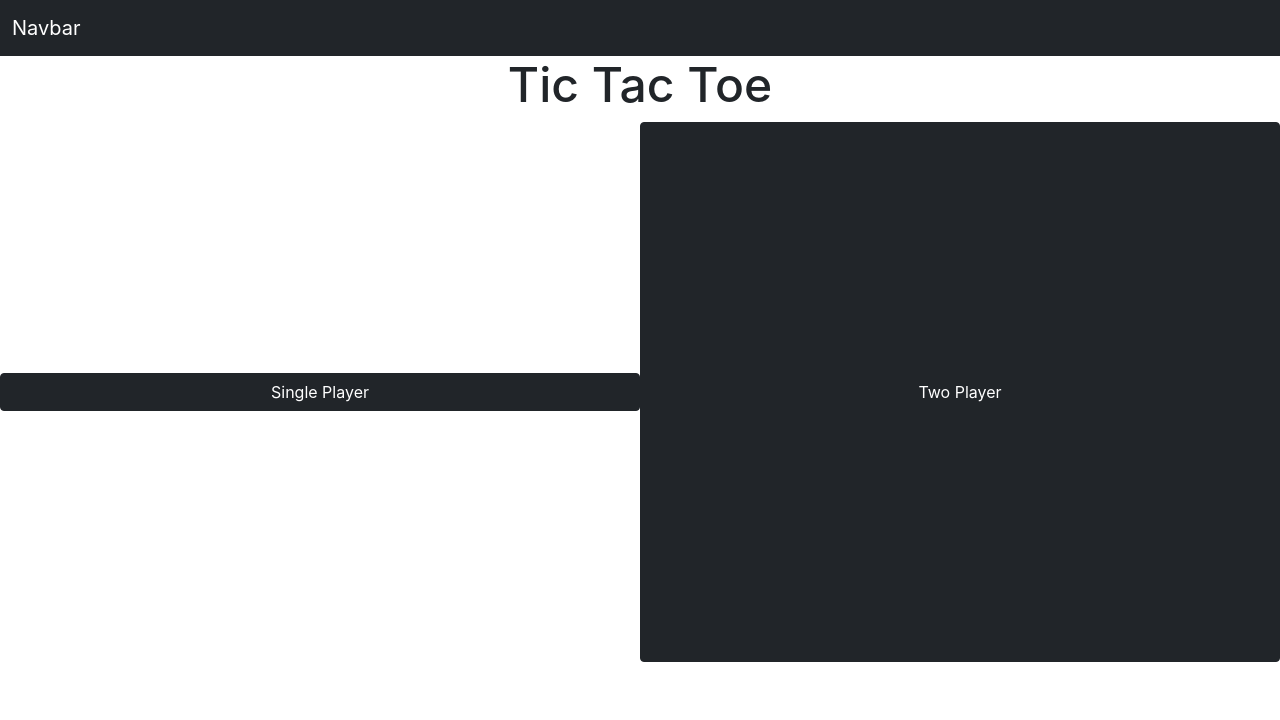
Repository: napan24/tic-tac-toe
Page: /
An editor plug-in stored every save of this project. The page is shown before and after the next save, followed by the edit.
The browser window is 1280 px wide. The pictures show the whole page.
The project was rebuilt for these pictures with package versions that can differ from the ones it lists, and the page was loaded fresh each time. Also part of the build but not shown: src/App.css, src/tik.css, src/App.js, src/Vscomp.js.

Above is the page before, as saved 2022-06-16 18:01:39.

### public/index.html
<!DOCTYPE html>
<html lang="en">
  <head>
    <meta charset="utf-8" />
    <link rel="icon" href="%PUBLIC_URL%/favicon.ico" />
    <meta name="viewport" content="width=device-width, initial-scale=1" />
    <meta name="theme-color" content="#000000" />
    <meta
      name="description"
      content="Web site created using create-react-app"
    />
    <link rel="apple-touch-icon" href="%PUBLIC_URL%/logo192.png" />
    <!--
      manifest.json provides metadata used when your web app is installed on a
      user's mobile device or desktop. See https://developers.google.com/web/fundamentals/web-app-manifest/
    -->
    <link rel="manifest" href="%PUBLIC_URL%/manifest.json" />
    <!--
      Notice the use of %PUBLIC_URL% in the tags above.
      It will be replaced with the URL of the `public` folder during the build.
      Only files inside the `public` folder can be referenced from the HTML.

      Unlike "/favicon.ico" or "favicon.ico", "%PUBLIC_URL%/favicon.ico" will
      work correctly both with client-side routing and a non-root public URL.
      Learn how to configure a non-root public URL by running `npm run build`.
    -->
    <link href="https://cdn.jsdelivr.net/npm/bootstrap@5.1.3/dist/css/bootstrap.min.css" rel="stylesheet" integrity="sha384-1BmE4kWBq78iYhFldvKuhfTAU6auU8tT94WrHftjDbrCEXSU1oBoqyl2QvZ6jIW3" crossorigin="anonymous">
    <script src="https://cdn.jsdelivr.net/npm/bootstrap@5.1.3/dist/js/bootstrap.bundle.min.js" integrity="sha384-ka7Sk0Gln4gmtz2MlQnikT1wXgYsOg+OMhuP+IlRH9sENBO0LRn5q+8nbTov4+1p" crossorigin="anonymous"></script>
    <title>React App</title>
  </head>
  <body>
    <noscript>You need to enable JavaScript to run this app.</noscript>
    <div id="root"></div>
    <!--
      This HTML file is a template.
      If you open it directly in the browser, you will see an empty page.

      You can add webfonts, meta tags, or analytics to this file.
      The build step will place the bundled scripts into the <body> tag.

      To begin the development, run `npm start` or `yarn start`.
      To create a production bundle, use `npm run build` or `yarn build`.
    -->
  </body>
</html>

### src/index.js
import React from 'react';
import ReactDOM from 'react-dom/client';
import './index.css';
import App from './App';
import Home from './Home';
import Vscomp from './Vscomp';
import reportWebVitals from './reportWebVitals';

const root = ReactDOM.createRoot(document.getElementById('root'));
root.render(
  <React.StrictMode>
    <Home />
  </React.StrictMode>
);

// If you want to start measuring performance in your app, pass a function
// to log results (for example: reportWebVitals(console.log))
// or send to an analytics endpoint. Learn more: https://bit.ly/CRA-vitals
reportWebVitals();

### src/Home.js
import React from 'react';

export default function () {
  return (
    <>
        <nav class="navbar navbar-light bg-dark">
        <div class="container-fluid">
          <a class="navbar-brand" style={{color:"white"}}>Navbar</a>
        </div>
      </nav>
        <h5 style={{textAlign:"center",fontSize:"3rem"}}>
            Tic Tac Toe
        </h5>
        <button type="button" class="btn btn-dark" style={{width:"50vw"}}>
            Single Player
        </button>
        <button type="button" class="btn btn-dark" style={{width:"50vw",height:"75vh"}}>
            Two Player
        </button>
    </>

  )
}

Loaded but not shown: src/index.css (common file); src/reportWebVitals.js (common file)

After the next save:
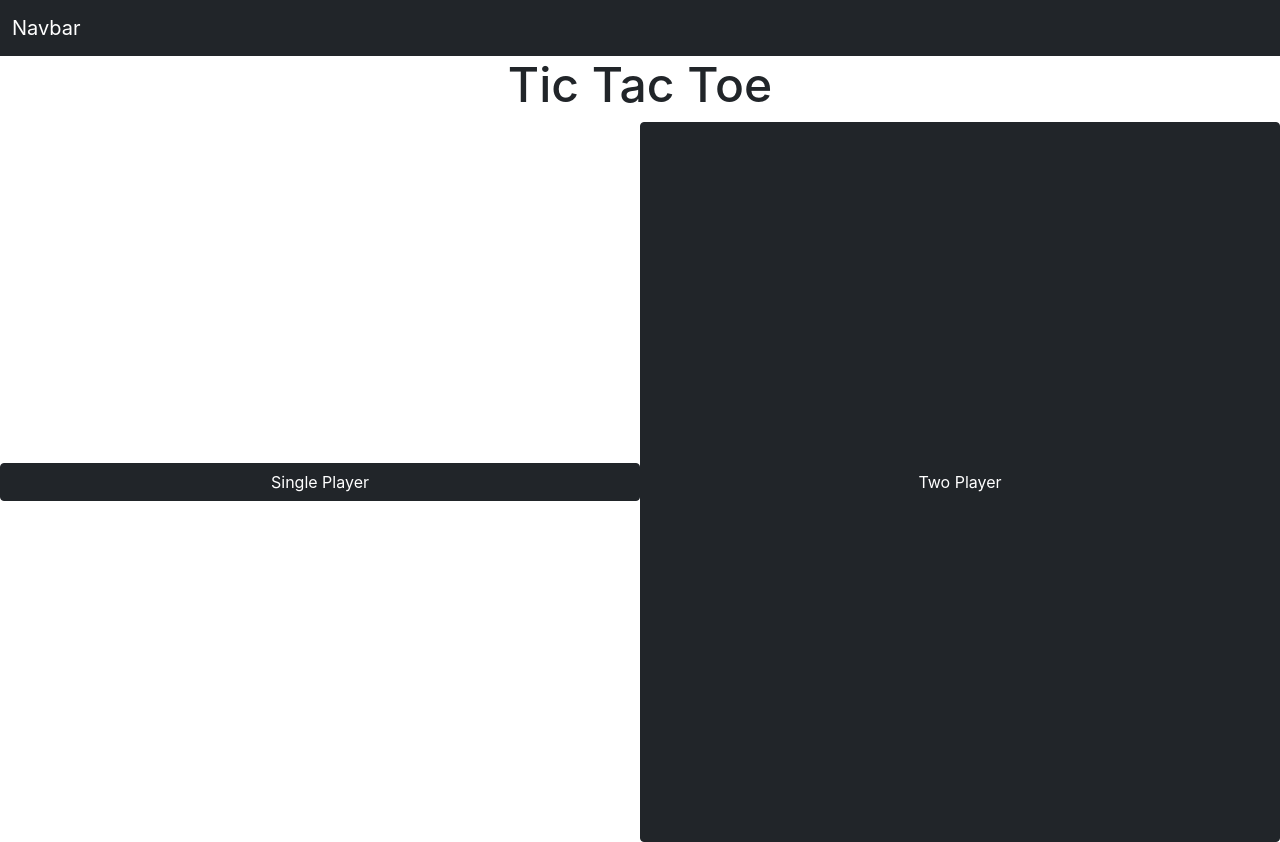
Saved 9 s later.
--- a/src/Home.js
+++ b/src/Home.js
@@ -14,7 +14,7 @@ export default function () {
         <button type="button" class="btn btn-dark" style={{width:"50vw"}}>
             Single Player
         </button>
-        <button type="button" class="btn btn-dark" style={{width:"50vw",height:"75vh"}}>
+        <button type="button" class="btn btn-dark" style={{width:"50vw",height:"100vh"}}>
             Two Player
         </button>
     </>
